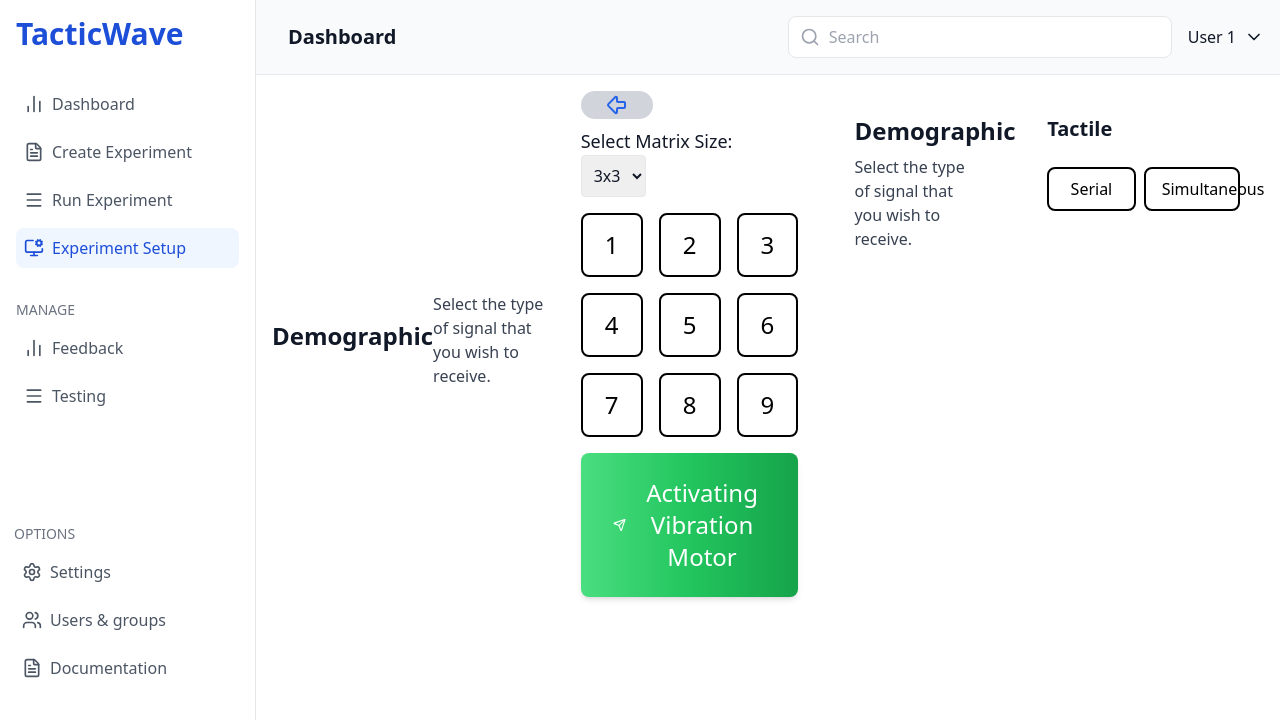
Repository: Nguyenle23/TacticWave
Page: /setup (app in Client/)
The author's editor kept a copy of each file at every save. The page is drawn from the files as they stood at one save, then again after a run of saves.
The browser window is 1280 px wide. The pictures show the whole page.
The project was rebuilt for these pictures with package versions that can differ from the ones it lists, and the page was loaded fresh each time. Also part of the build but not shown: Client/vite.config.js, Client/src/components/commons/Modal.jsx, Client/src/components/dashboard/ExperimentList/ExperimentItem.jsx, Client/src/components/dashboard/ExperimentList/ExperimentList.jsx, Client/src/components/dashboard/Statistics/StatisticsCard.jsx, Client/src/components/dashboard/Statistics/Statistics.jsx, Client/src/components/dashboard/Dashboard.jsx, Client/src/pages/DashboardPage.jsx and 7 more.

Above is the page before, as saved 2024-12-06 20:07:53.

After the next 3 saves:
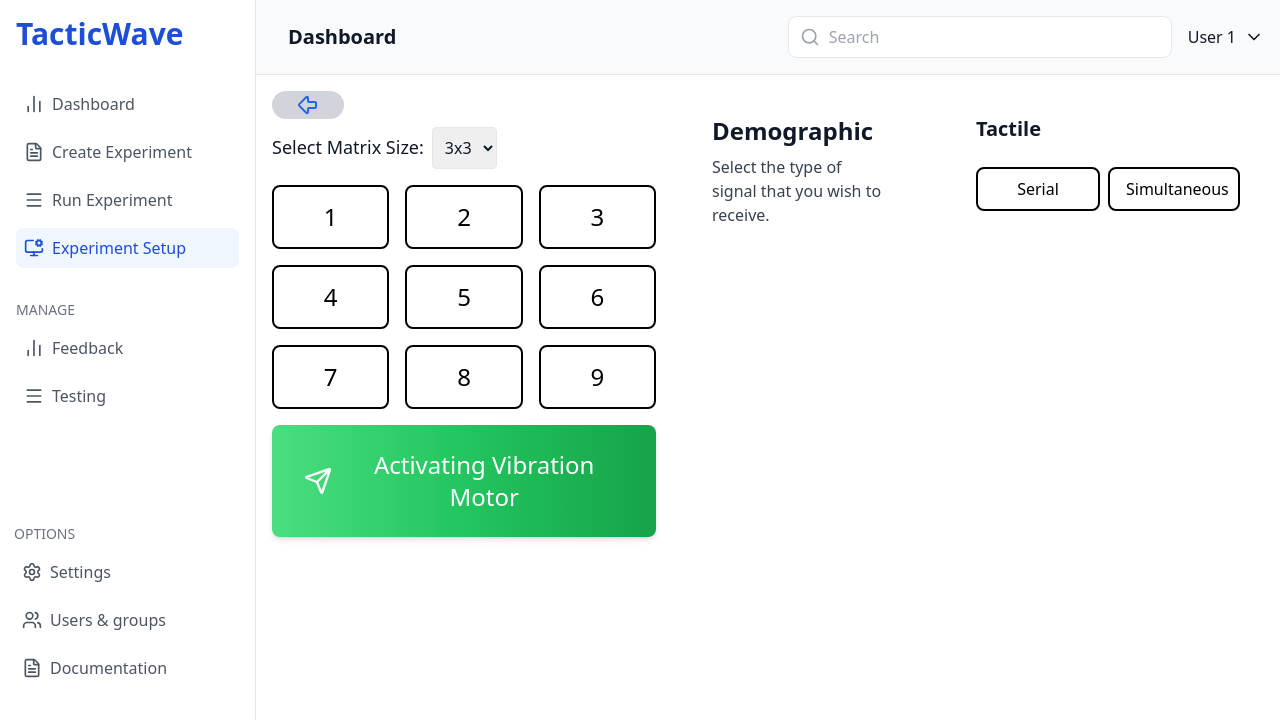
The 3 saves are shown as one change because 2 did not build or start.
The last was saved 2 min 41 s later.
--- a/Client/src/components/dashboard/ExperimentSetup/ExperimentSetup.jsx
+++ b/Client/src/components/dashboard/ExperimentSetup/ExperimentSetup.jsx
@@ -152,12 +152,6 @@ export const ExperimentSetup = () => {
   return (
     <div className="flex flex-col md:flex-row w-full h-fit bg-gray-10 gap-8 my-4 px-4">
       {/* Setup demographic*/}
-        <div className = "flex flex-row items-center justify-between mb-2">
-          <h1 className="text-2xl font-bold mb-2">Demographic</h1>
-          <p className="text-gray-700">
-            Select the type of signal that you wish to receive.
-          </p>
-        </div>
       <div className="md:w-2/5 w-full">
         {/* Top navigation and action buttons */}
         <div className="flex items-center justify-between mb-2">
